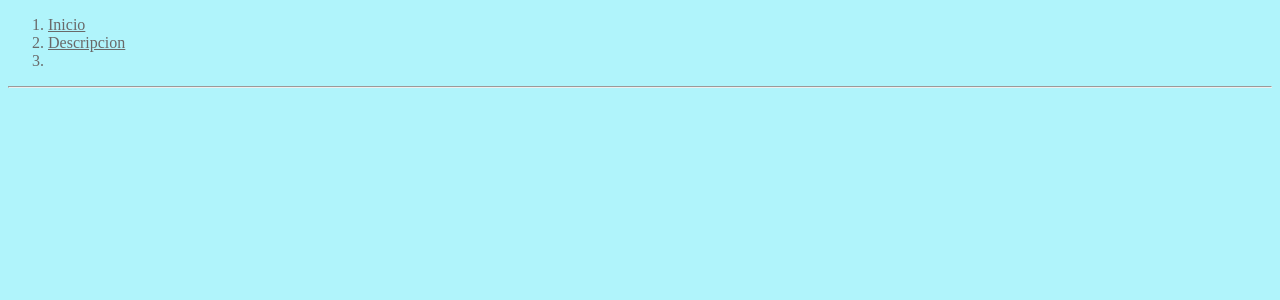
Repository: Arito05/Mi-primer-Repositorio
Page: nuevo/inscripcion.html
An editor plug-in stored every save of this project. The page is shown before and after the next save, followed by the edit.
The browser window is 1280 px wide. The pictures show the whole page.

Above is the page before, as saved 2024-07-20 12:06:34.

After the next save:
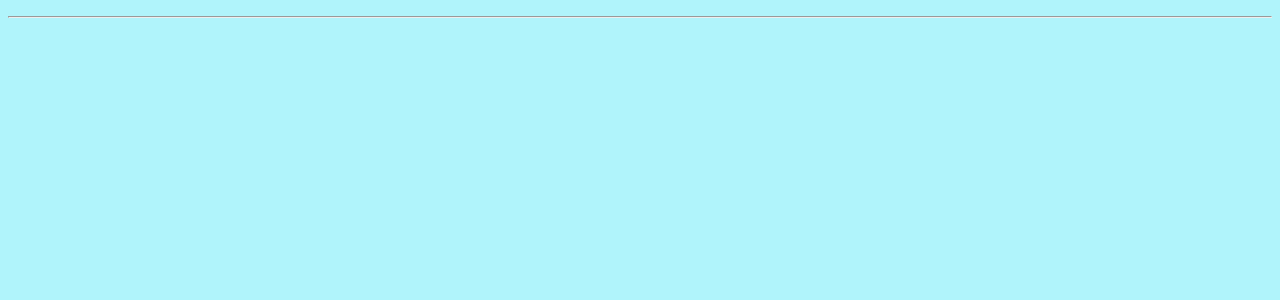
Saved 108 s later.
--- a/nuevo/inscripcion.html
+++ b/nuevo/inscripcion.html
@@ -12,13 +12,7 @@
   </head>
   <body>
     <ol style="color: dimgrey">
-      <li><a href="inicio.html" style="color: dimgrey">Inicio</a></li>
-      <li>
-        <a href="zdescripcion.html" style="color: dimgrey">Descripcion</a>
-      </li>
-      <li>
-        <a href="inscripcion.html" style="color: dimgrey"></a>
-      </li>
+
     </ol>
     <hr style="color: white" />
   </body>
